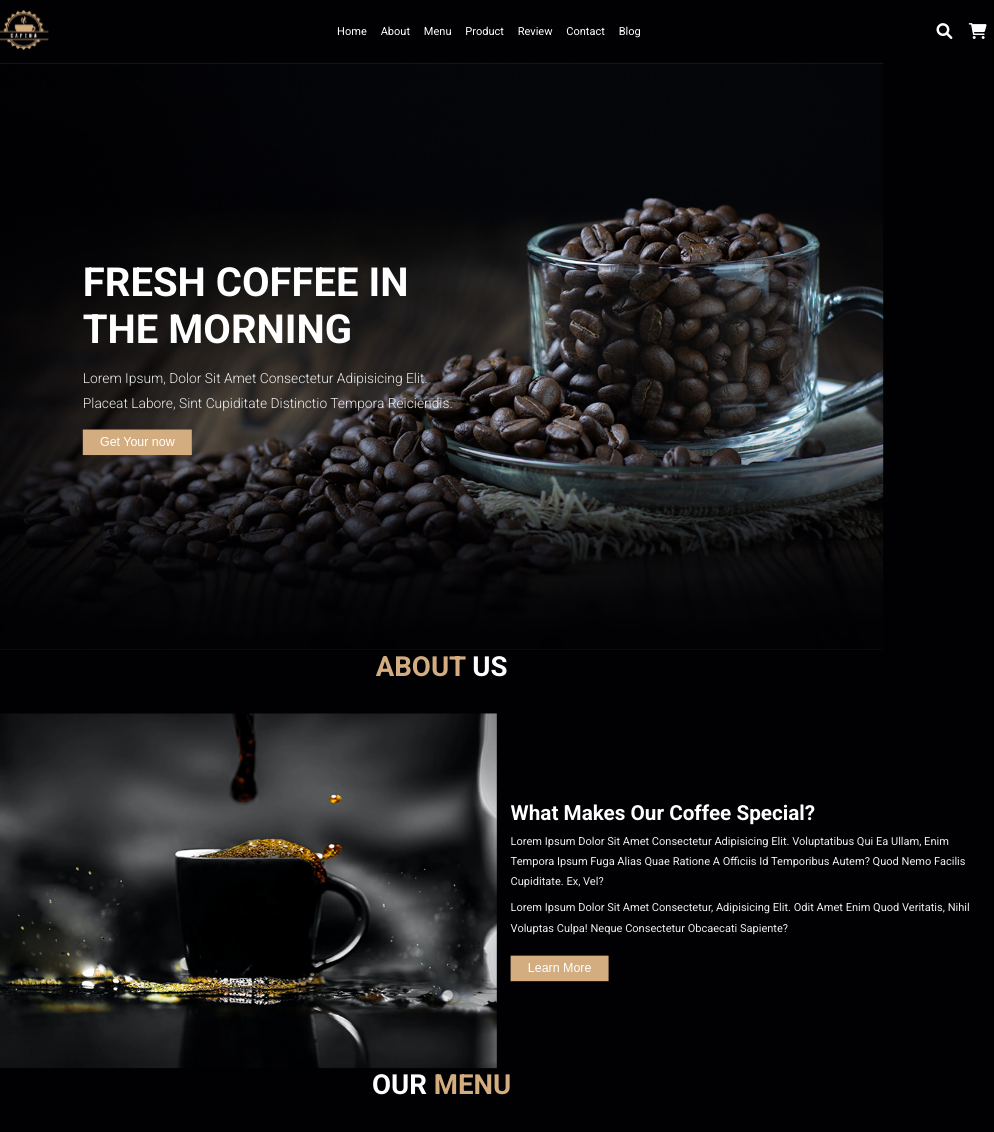
Repository: Dinhthai303/DinhThai
Page: index.html
An editor plug-in stored every save of this project. The page is shown before and after the next save, followed by the edit.
The browser window is 1280 px wide. The page is 1440 px wide, so the pictures cover 1440 px, including what lies to the right of the window. The pictures show the whole page, at 69% of full size.

Above is the page before, as saved 2021-11-28 00:28:14.

After the next save:
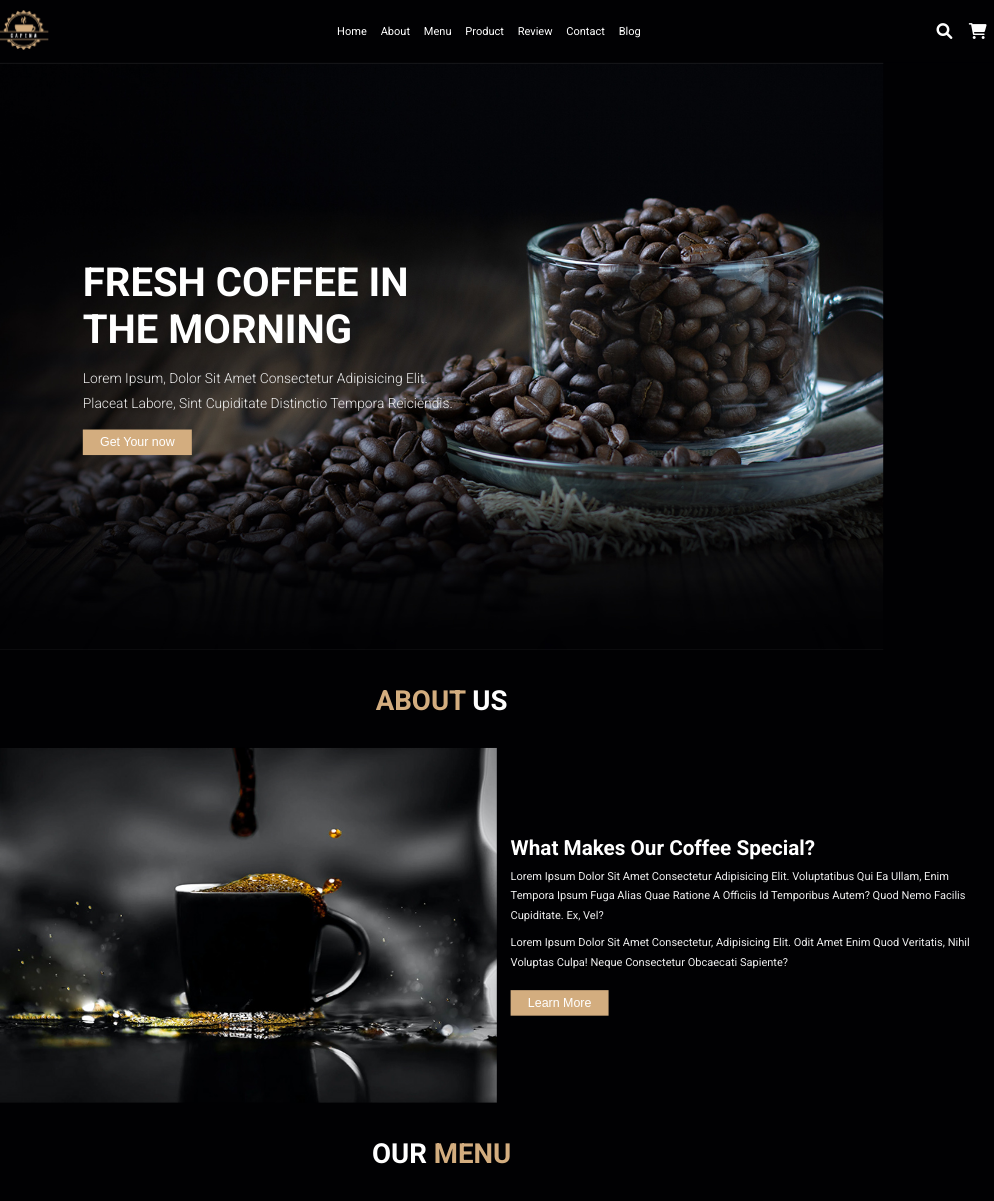
Saved 25 s later.
--- a/css/style.css
+++ b/css/style.css
@@ -14,6 +14,7 @@ body{
     font-size: 40px;
     text-align: center;
     margin-bottom: 45px;
+    margin-top: 50px;
 }
 .heading span{
     color: white;
